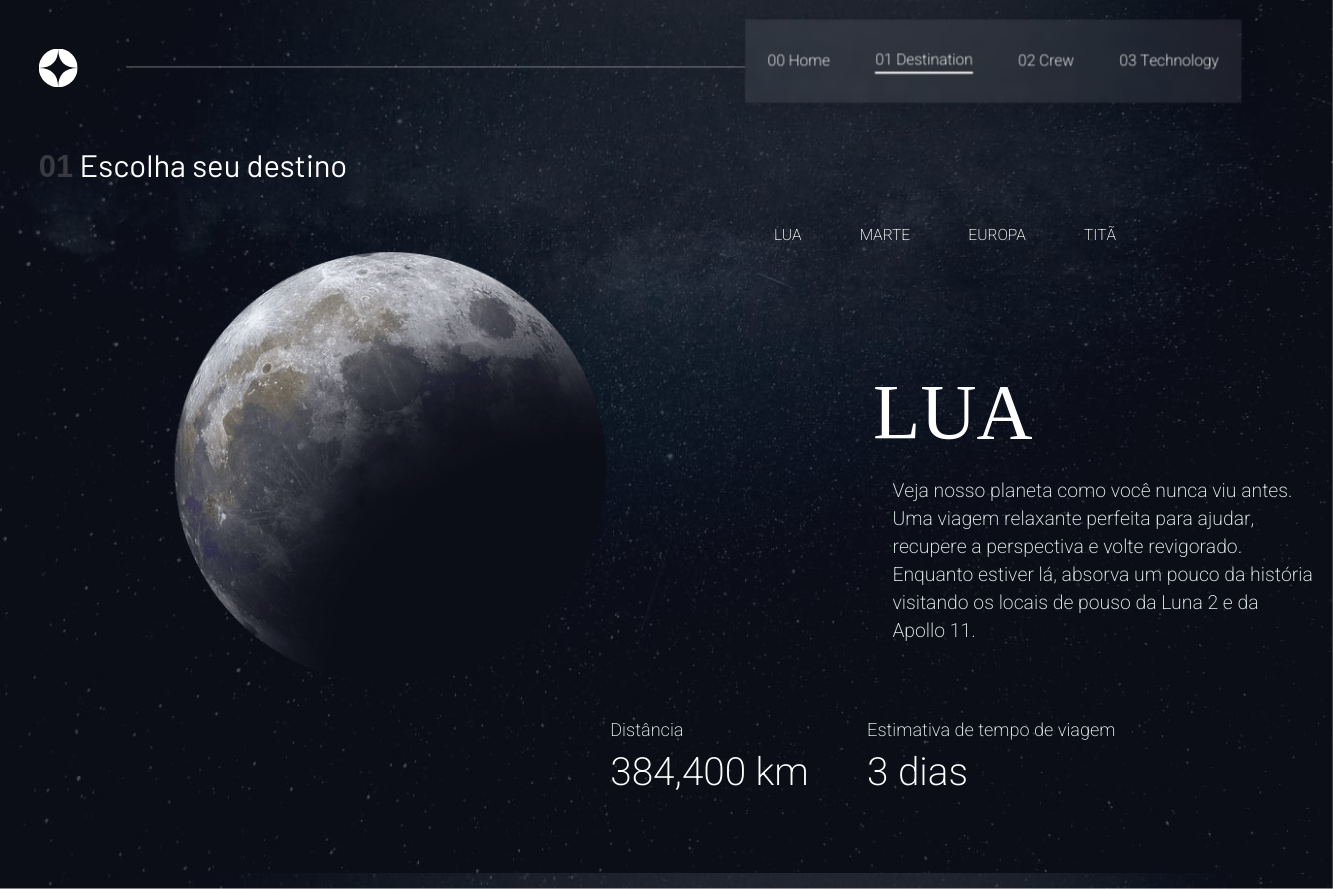
Repository: Leonngc/space-site
Page: space-tourism-website-main/space-tourism-website-main/starter-code/destination-moon.html
An editor plug-in stored every save of this project. The page is shown before and after the next save, followed by the edit.
The browser window is 1280 px wide. The page is 1374 px wide, so the pictures cover 1374 px, including what lies to the right of the window. The pictures show the whole page, at 97% of full size.

Above is the page before, as saved 2023-04-30 00:48:48.

After the next save:
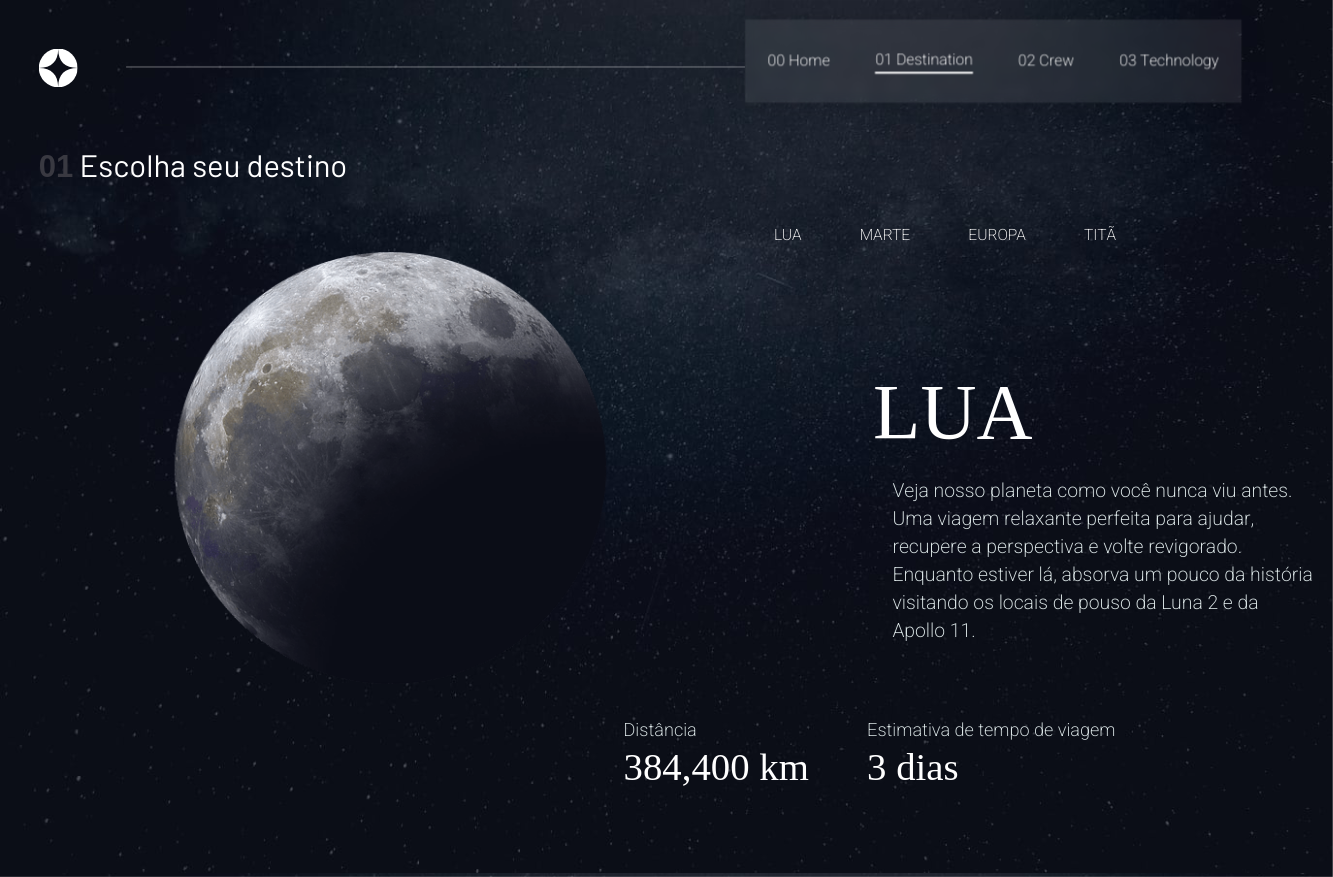
Saved 6 s later.
--- a/space-tourism-website-main/space-tourism-website-main/starter-code/styles/destination.css
+++ b/space-tourism-website-main/space-tourism-website-main/starter-code/styles/destination.css
@@ -104,5 +104,5 @@
 
 .info-travel > span{
     font-size: 40px;
-    font-display: ;
+    font-family: serif;
 }

After the 4 saves that followed:
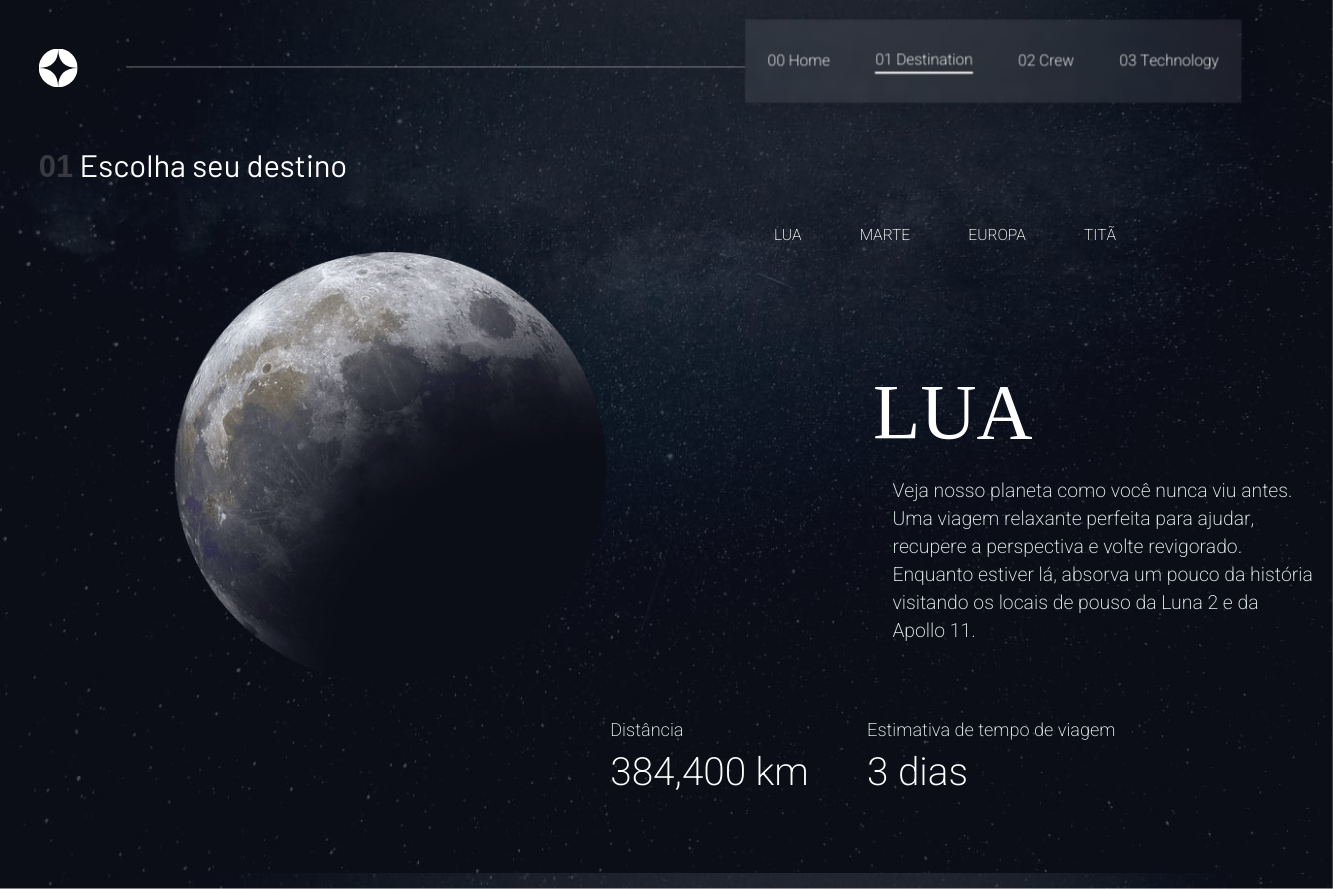
The 4 saves are shown as one change because 1 left the picture as it was and some came seconds apart.
The last was saved 20 s later.
--- a/space-tourism-website-main/space-tourism-website-main/starter-code/styles/destination.css
+++ b/space-tourism-website-main/space-tourism-website-main/starter-code/styles/destination.css
@@ -104,5 +104,5 @@
 
 .info-travel > span{
     font-size: 40px;
-    font-family: serif;
+    font
 }
